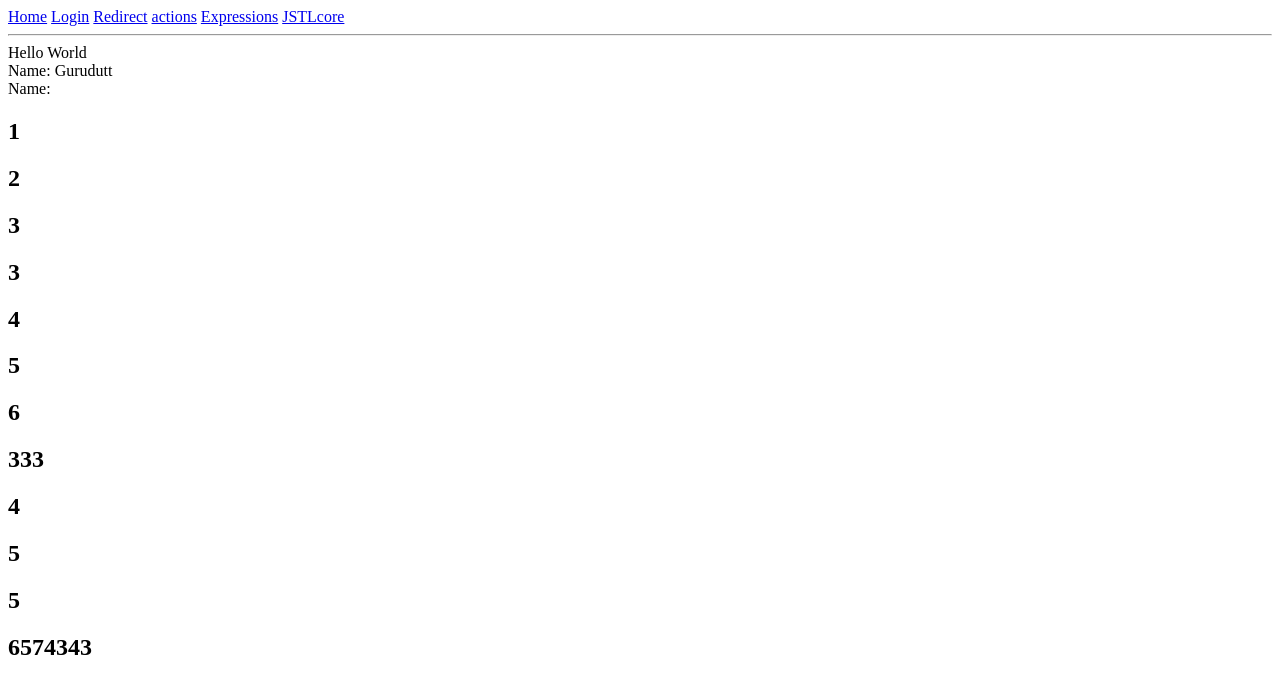
Repository: Gurudutt-S/cts-training
Page: http://localhost/ImplicitObjects/jstlCore.jsp
These files come from the project's save history. The page is drawn as it stood at one moment and after the next save; the edit follows.
The browser window is 1280 px wide. The pictures show the whole page.
The page is served by Tomcat 9. Other server files are loaded and not shown.

Above is the page before, as saved 2020-02-05 09:07:26.

### Day_30/ImplicitObjects/WebContent/jstlCore.jsp
<%@include file="header.jsp"%>

<c:out value="Hello World"></c:out>
<c:set var="name" value="Gurudutt" />
<br>
Name:
<c:out value="${name }"></c:out>

<c:remove var="name" />
<br>
Name:
<c:out value="${name }"></c:out>

<%-- <c:forEach var="i" begin="1" end="10" step="1">
	<h2>${i}</h2>
</c:forEach> --%>
<c:forEach var="i" items="1,2,3,3,4,5,6,333,4,5,5,6574343">
	<h2>${i}</h2>
</c:forEach>

<c:set var="head" value="${6}"></c:set>
<c:if test="head==6">
	<c:forEach var="i" begin="1" end="6" step="1">
		<p>
			<c:out value="${i}"></c:out>
			display ${i}
		</p>
	</c:forEach>
</c:if>


</body>
</html>

### Day_30/ImplicitObjects/WebContent/header.jsp
<%@ page language="java" contentType="text/html; charset=ISO-8859-1"
	pageEncoding="ISO-8859-1"%>
<%@taglib uri="http://java.sun.com/jsp/jstl/core" prefix="c"%>

<!DOCTYPE html>
<html>
<head>
<meta charset="ISO-8859-1">
<title>header</title>
</head>
<body>

	<div style="">
		<a href="index.jsp">Home</a>
		<a href="login.jsp">Login</a>
		<a href="hello.jsp">Redirect</a>
		<a href="actions.jsp">actions</a>
		<a href="expressions.jsp">Expressions</a>
		<a href="jstlCore.jsp">JSTLcore</a>
	</div>
	<hr>

</body>
</html>

After the next save:
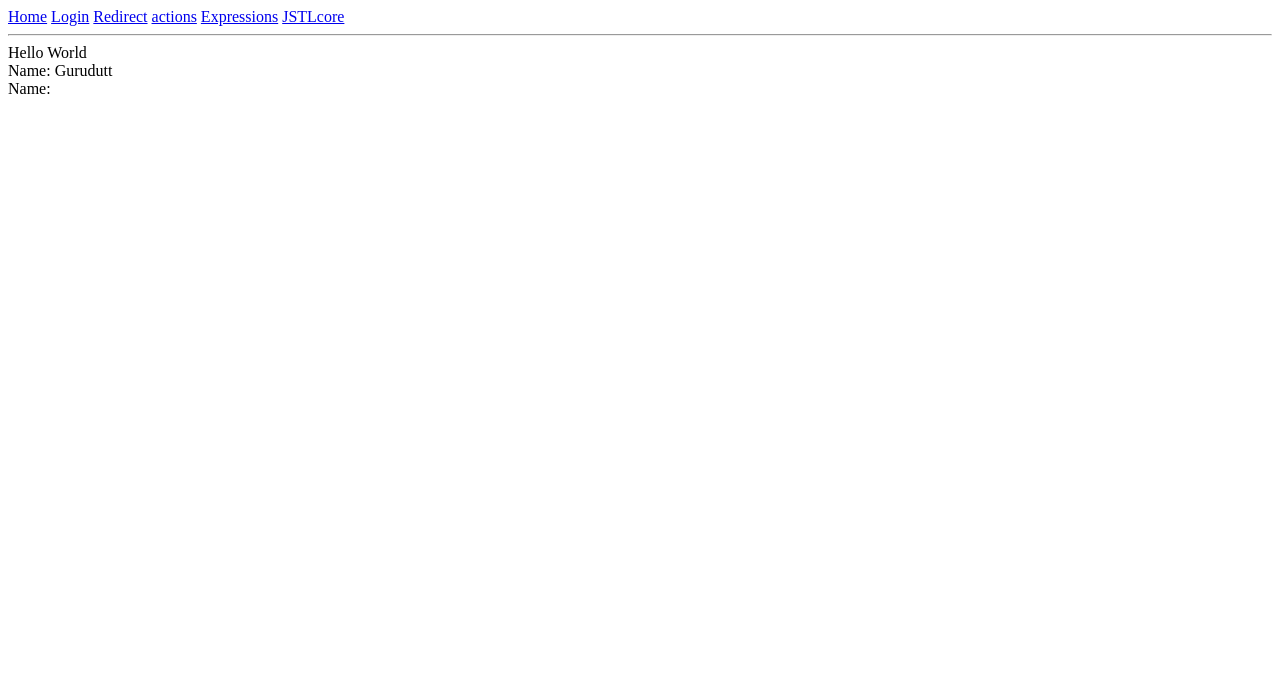
Saved 16 s later.
--- a/Day_30/ImplicitObjects/WebContent/jstlCore.jsp
+++ b/Day_30/ImplicitObjects/WebContent/jstlCore.jsp
@@ -14,9 +14,9 @@ Name:
 <%-- <c:forEach var="i" begin="1" end="10" step="1">
 	<h2>${i}</h2>
 </c:forEach> --%>
-<c:forEach var="i" items="1,2,3,3,4,5,6,333,4,5,5,6574343">
+<%-- <c:forEach var="i" items="1,2,3,3,4,5,6,333,4,5,5,6574343">
 	<h2>${i}</h2>
-</c:forEach>
+</c:forEach> --%>
 
 <c:set var="head" value="${6}"></c:set>
 <c:if test="head==6">
